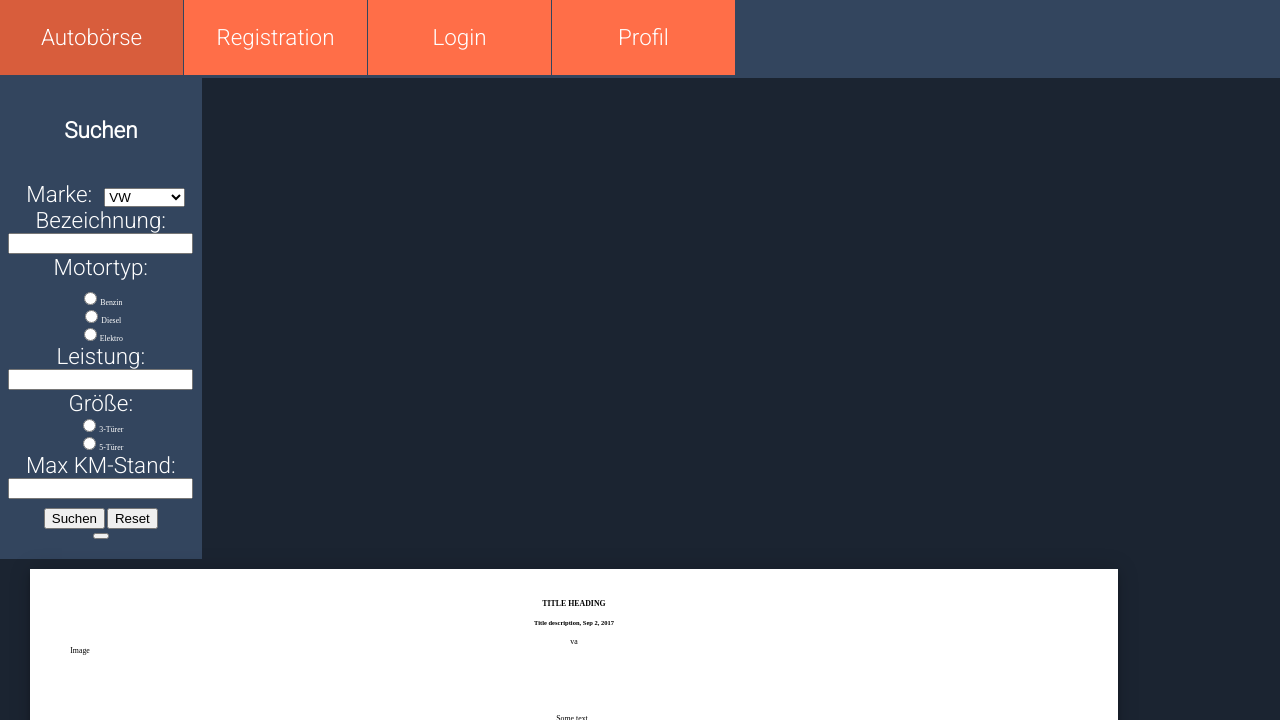
Repository: Turkelten/CarAdminstration
Page: http://localhost/Autobörse/index.jsp
The author's editor kept a copy of each file at every save. The page is drawn from the files as they stood at one save, then again after the next save.
The browser window is 1280 px wide. The pictures show the whole page.
The page is served by Tomcat 9.

Above is the page before, as saved 2020-07-19 20:57:33.

After the next save:
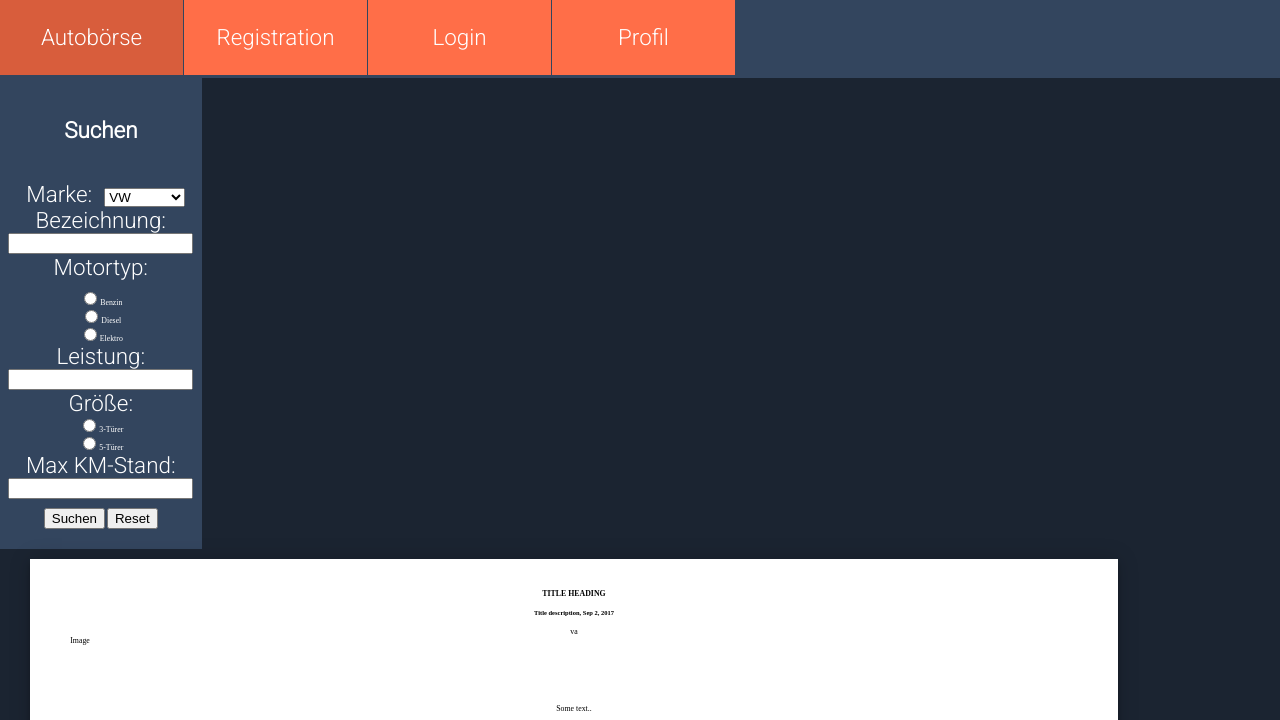
Saved 43 s later.
--- a/Autobörse/WebContent/index.jsp
+++ b/Autobörse/WebContent/index.jsp
@@ -37,7 +37,6 @@
 					<input type="text" name="kmStand"> <br/>
 					<br/><button type="submit">Suchen</button> <button type="reset">Reset</button>
 				</form>
-				<button onclick=""></button>
 			</div>
 		</div>
 		<div class="user-page">
